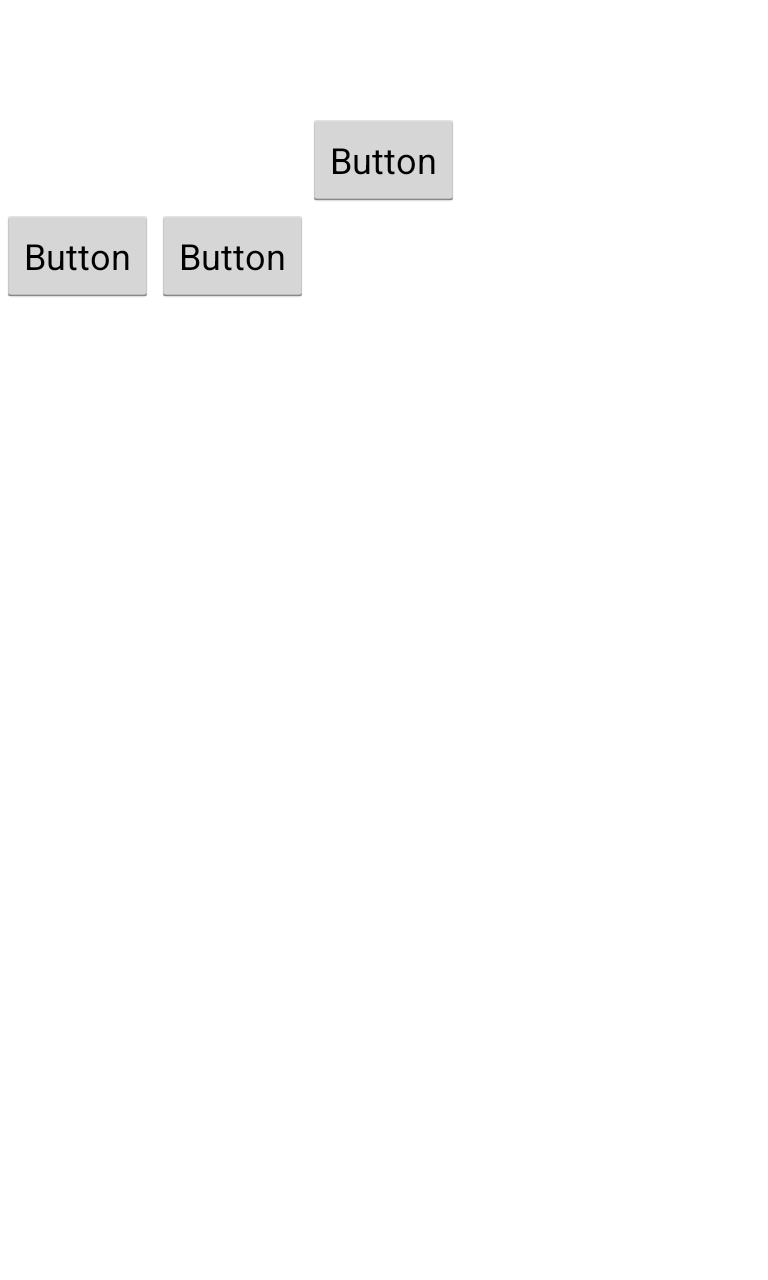
Repository: srivast6/SafeWalk
Layout: android/SafeWalk/res/layout/pop_up.xml
An editor plug-in stored every save of this project. The layout is shown before and after a run of saves, followed by the edit.
It is drawn on a 768 x 1280 px phone screen (xhdpi) without system bars, with theme android:Theme.Holo.Light; the app's code is not run.

Above is the layout before, as saved 2013-11-20 00:54:00.

### android/SafeWalk/res/layout/pop_up.xml
<?xml version="1.0" encoding="utf-8"?>
<LinearLayout xmlns:android="http://schemas.android.com/apk/res/android"
    style="?android:attr/buttonBarStyle"
    android:layout_width="fill_parent"
    android:layout_height="fill_parent"
    android:layout_weight="0"
    android:orientation="horizontal" >

    <RelativeLayout
        android:layout_width="match_parent"
        android:layout_height="match_parent" >

        <LinearLayout
            android:layout_width="wrap_content"
            android:layout_height="wrap_content"
            android:layout_alignParentTop="true"
            android:layout_centerHorizontal="true"
            android:layout_marginTop="90dp"
            android:orientation="vertical" >
        </LinearLayout>

        <Button
            android:id="@+id/AcceptButton"
            android:layout_width="wrap_content"
            android:layout_height="wrap_content"
            android:layout_alignParentTop="true"
            android:layout_centerHorizontal="true"
            android:layout_marginTop="56dp"
            android:text="Button" />

        <LinearLayout
            android:layout_width="wrap_content"
            android:layout_height="wrap_content"
            android:layout_below="@id/AcceptButton"
            android:orientation="horizontal" >

            <Button
                android:id="@+id/button1"
                android:layout_width="wrap_content"
                android:layout_height="wrap_content"
                android:text="Button" />

            <Button
                android:id="@+id/button2"
                android:layout_width="wrap_content"
                android:layout_height="wrap_content"
                android:text="Button" />

        </LinearLayout>

    </RelativeLayout>

</LinearLayout>

After the next 5 saves:
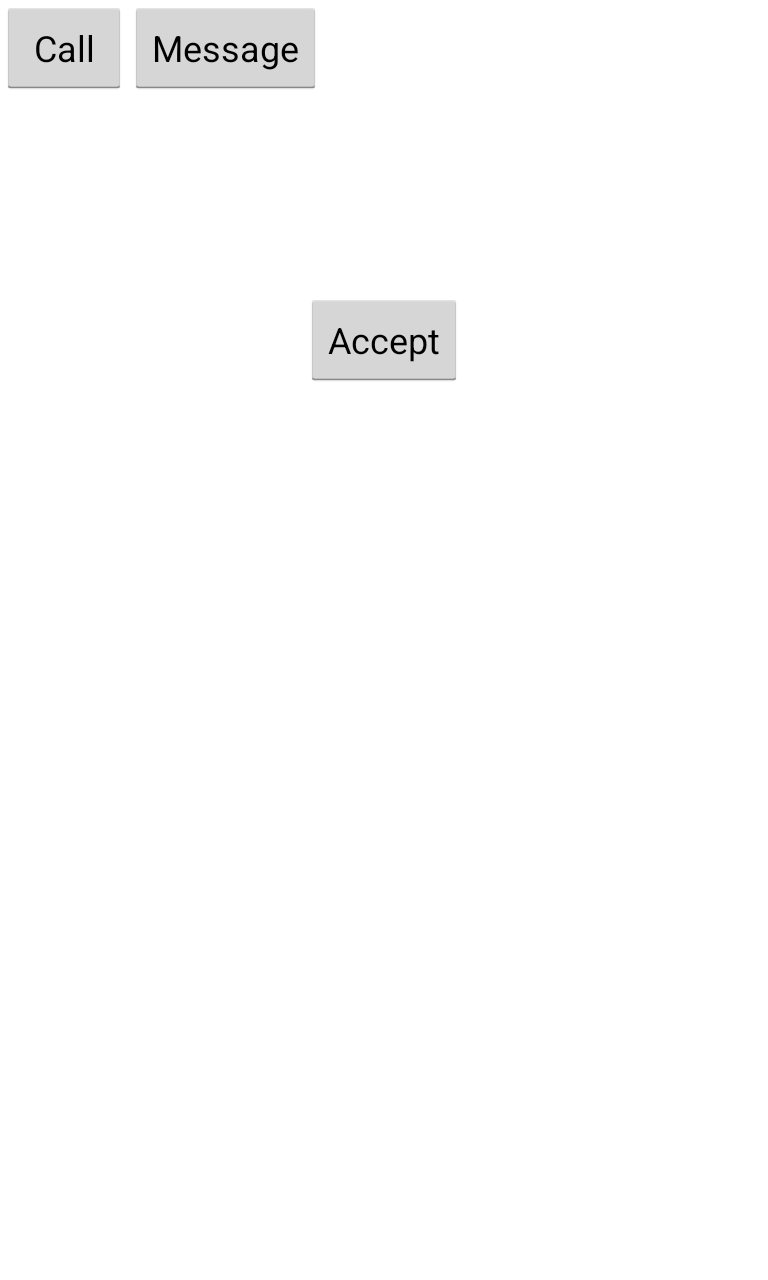
The 5 saves are shown as one change because 4 did not build or start.
The last was saved 11 min 6 s later.
--- a/android/SafeWalk/res/layout/pop_up.xml
+++ b/android/SafeWalk/res/layout/pop_up.xml
@@ -17,18 +17,19 @@
             android:layout_centerHorizontal="true"
             android:layout_marginTop="90dp"
             android:orientation="vertical" >
+
+            <Button
+                android:id="@+id/AcceptButton"
+                android:layout_width="wrap_content"
+                android:layout_height="wrap_content"
+                android:layout_alignParentTop="true"
+                android:layout_centerHorizontal="true"
+                android:layout_marginTop="56dp"
+                android:text="Accept" />
         </LinearLayout>
 
-        <Button
-            android:id="@+id/AcceptButton"
-            android:layout_width="wrap_content"
-            android:layout_height="wrap_content"
-            android:layout_alignParentTop="true"
-            android:layout_centerHorizontal="true"
-            android:layout_marginTop="56dp"
-            android:text="Button" />
-
         <LinearLayout
+            android:id="@+id/linearLayout1"
             android:layout_width="wrap_content"
             android:layout_height="wrap_content"
             android:layout_below="@id/AcceptButton"
@@ -38,16 +39,20 @@
                 android:id="@+id/button1"
                 android:layout_width="wrap_content"
                 android:layout_height="wrap_content"
-                android:text="Button" />
+                android:layout_alignParentBottom="true"
+                android:layout_alignParentLeft="true"
+                android:layout_alignRight="@+id/linearLayout2"
+                android:text="Call" />
 
             <Button
                 android:id="@+id/button2"
                 android:layout_width="wrap_content"
                 android:layout_height="wrap_content"
-                android:text="Button" />
-
+                android:layout_alignParentBottom="true"
+                android:layout_alignParentRight="true"
+                android:layout_toRightOf="@+id/linearLayout2"
+                android:text="Message" />
         </LinearLayout>
-
     </RelativeLayout>
 
 </LinearLayout>
